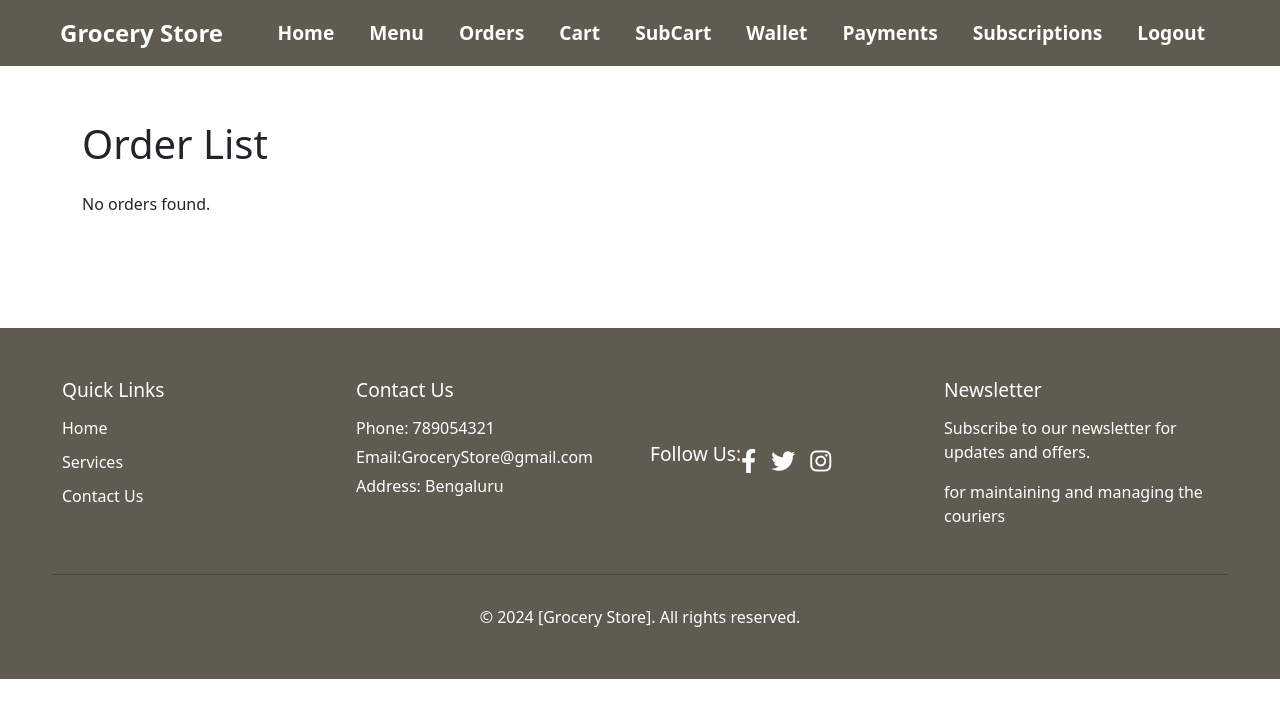
Repository: NagaMounikaY/GroceriesSubscriptionBookingManagement
Page: http://localhost/GroceriesSubBookingSystem/WEB-INF/views/orderList.jsp
An editor plug-in stored every save of this project. The page is shown before and after the next save, followed by the edit.
The browser window is 1280 px wide. The pictures show the whole page.
The page is served by Tomcat 9. Nobody is signed in. The template is opened directly, without the code that normally fills it, so the values that code supplies are empty.

Above is the page before, as saved 2024-09-17 11:36:31.

After the next save:
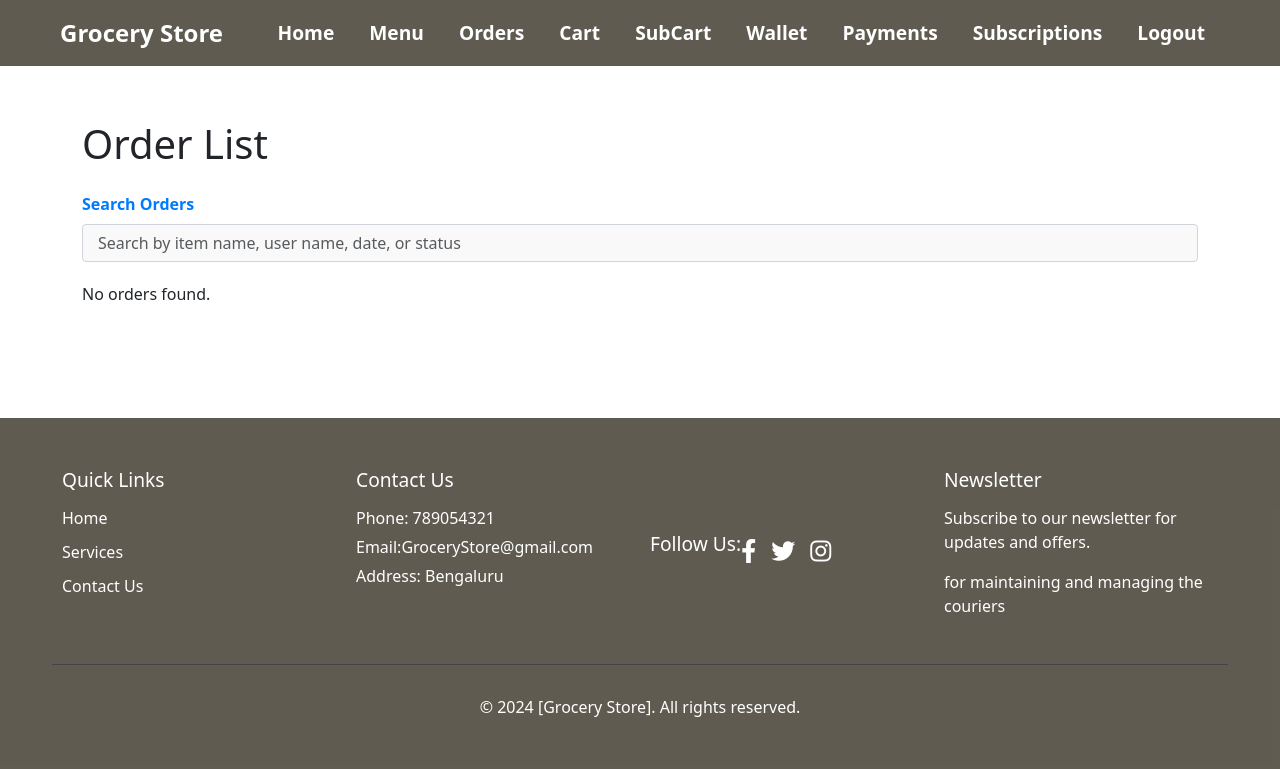
Saved 5 s later.
--- a/GroceriesSubBookingSystem/src/main/webapp/WEB-INF/views/orderList.jsp
+++ b/GroceriesSubBookingSystem/src/main/webapp/WEB-INF/views/orderList.jsp
@@ -1,33 +1,66 @@
 <%@ page language="java" contentType="text/html; charset=ISO-8859-1"
     pageEncoding="ISO-8859-1" isELIgnored="false"%>
-<%@ taglib uri="http://java.sun.com/jsp/jstl/core" prefix="c" %>
+<%@ taglib uri="http://java.sun.com/jsp/jstl/core" prefix="c"%>
 <!DOCTYPE html>
 <html>
 <head>
-    <meta charset="UTF-8">
-    <meta name="viewport" content="width=device-width, initial-scale=1.0">
-    <title>Order List</title>
-    <link rel="stylesheet" href="https://stackpath.bootstrapcdn.com/bootstrap/4.5.2/css/bootstrap.min.css">
-    <link rel="stylesheet" href="https://cdnjs.cloudflare.com/ajax/libs/font-awesome/5.15.4/css/all.min.css"> <!-- Font Awesome -->
-    <style>
-        .table-header {
-            background-color: rgba(199, 204, 218, 0.8);
-        }
-        .btn-icon {
-            background: transparent;
-            border: none;
-            color: rgba(56, 51, 37, 0.8); /* Custom color for the icon */
-        }
-        .btn-icon:hover {
-            color: rgba(0, 0, 0, 0.8); /* Darker color on hover */
-        }
-        .btn-icon i {
-            font-size: 1.25rem; /* Adjust the size of the icon */
-        }
-    </style>
+<meta charset="UTF-8">
+<meta name="viewport" content="width=device-width, initial-scale=1.0">
+<title>Order List</title>
+<link rel="stylesheet"
+    href="https://stackpath.bootstrapcdn.com/bootstrap/4.5.2/css/bootstrap.min.css">
+<link rel="stylesheet"
+    href="https://cdnjs.cloudflare.com/ajax/libs/font-awesome/5.15.4/css/all.min.css">
+<!-- Font Awesome -->
+<style>
+.table-header {
+    background-color: rgba(199, 204, 218, 0.8);
+}
+
+.btn-icon {
+    background: transparent;
+    border: none;
+    color: rgba(56, 51, 37, 0.8); /* Custom color for the icon */
+}
+
+.btn-icon:hover {
+    color: rgba(0, 0, 0, 0.8); /* Darker color on hover */
+}
+
+.btn-icon i {
+    font-size: 1.25rem; /* Adjust the size of the icon */
+}
+
+/* Custom styles for the search bar */
+.search-bar {
+    margin-bottom: 20px;
+}
+
+.search-bar label {
+    color: #007bff; /* Custom color for the label text */
+    font-weight: bold; /* Optional: make the label text bold */
+}
+
+.search-bar input {
+    border-radius: 0.25rem; /* Rounded corners */
+    border: 1px solid #ced4da; /* Light gray border */
+    padding: 10px 15px; /* Padding inside the search bar */
+    font-size: 1rem; /* Adjust font size */
+    color: #333; /* Custom text color */
+    background-color: #f9f9f9; /* Light background color */
+}
+
+.search-bar input:focus {
+    border-color: #80bdff; /* Blue border on focus */
+    outline: none; /* Remove default outline */
+    box-shadow: 0 0 0 0.2rem rgba(38, 143, 255, 0.25); /* Blue shadow on focus */
+    background-color: #fff; /* White background on focus */
+    color: #000; /* Black text color on focus */
+}
+</style>
 </head>
 <body>
-<!-- Conditionally Render Header -->
+    <!-- Conditionally Render Header -->
     <c:choose>
         <c:when test="${sessionScope.userRole eq 'Seller'}">
             <!-- Seller Header -->
@@ -38,12 +71,21 @@
             <jsp:include page="/customerHeader.jsp"></jsp:include>
         </c:otherwise>
     </c:choose>
-    <br><br><br>
+    <br>
+    <br>
+    <br>
 
     <div class="container mt-5">
         <h1 class="mb-4">Order List</h1>
+
+        <!-- Search Bar -->
+        <div class="form-group search-bar">
+            <label for="searchInput">Search Orders</label>
+            <input type="text" class="form-control" id="searchInput" placeholder="Search by item name, user name, date, or status">
+        </div>
+
         <c:if test="${not empty orders}">
-            <table class="table table-striped table-hover">
+            <table class="table table-striped table-hover" id="orderTable">
                 <thead class="table-header">
                     <tr>
                         <th>Order ID</th>
@@ -81,7 +123,8 @@
                                         </c:choose>
                                     </select>
                                     <button type="submit" class="btn btn-icon btn-sm">
-                                        <i class="fas fa-edit"></i> <!-- Font Awesome Edit Icon -->
+                                        <i class="fas fa-edit"></i>
+                                        <!-- Font Awesome Edit Icon -->
                                     </button>
                                 </form>
                             </td>
@@ -118,7 +161,10 @@
     <script src="https://code.jquery.com/jquery-3.5.1.min.js"></script>
     <script src="https://cdn.jsdelivr.net/npm/@popperjs/core@2.9.2/dist/umd/popper.min.js"></script>
     <script src="https://stackpath.bootstrapcdn.com/bootstrap/4.5.2/js/bootstrap.min.js"></script>
-    <br><br><br><br>
+    <br>
+    <br>
+    <br>
+    <br>
     <jsp:include page="/footer.jsp"></jsp:include>
 
     <c:if test="${updateSuccess}">
@@ -133,13 +179,33 @@
                 e.preventDefault();
                 var orderId = $(this).data('order-id');
                 $.ajax({
-                    url: '${pageContext.request.contextPath}/orders/invoice',
-                    type: 'GET',
-                    data: { orderId: orderId },
-                    success: function(data) {
+                    url : '${pageContext.request.contextPath}/orders/invoice',
+                    type : 'GET',
+                    data : {
+                        orderId : orderId
+                    },
+                    success : function(data) {
                         $('#invoiceModal .modal-body').html(data);
                         $('#invoiceModal').modal('show');
                     }
+                });
+            });
+
+            $('#searchInput').on('input', function() {
+                var searchTerm = $(this).val().toLowerCase();
+                $('#orderTable tbody tr').each(function() {
+                    var row = $(this);
+                    var itemName = row.find('td').eq(1).text().toLowerCase();
+                    var userName = row.find('td').eq(2).text().toLowerCase();
+                    var orderDate = row.find('td').eq(5).text().toLowerCase();
+                    var status = row.find('td').eq(4).text().toLowerCase();
+
+                    var showRow = itemName.includes(searchTerm) ||
+                                   userName.includes(searchTerm) ||
+                                   orderDate.includes(searchTerm) ||
+                                   status.includes(searchTerm);
+
+                    row.toggle(showRow);
                 });
             });
         });
